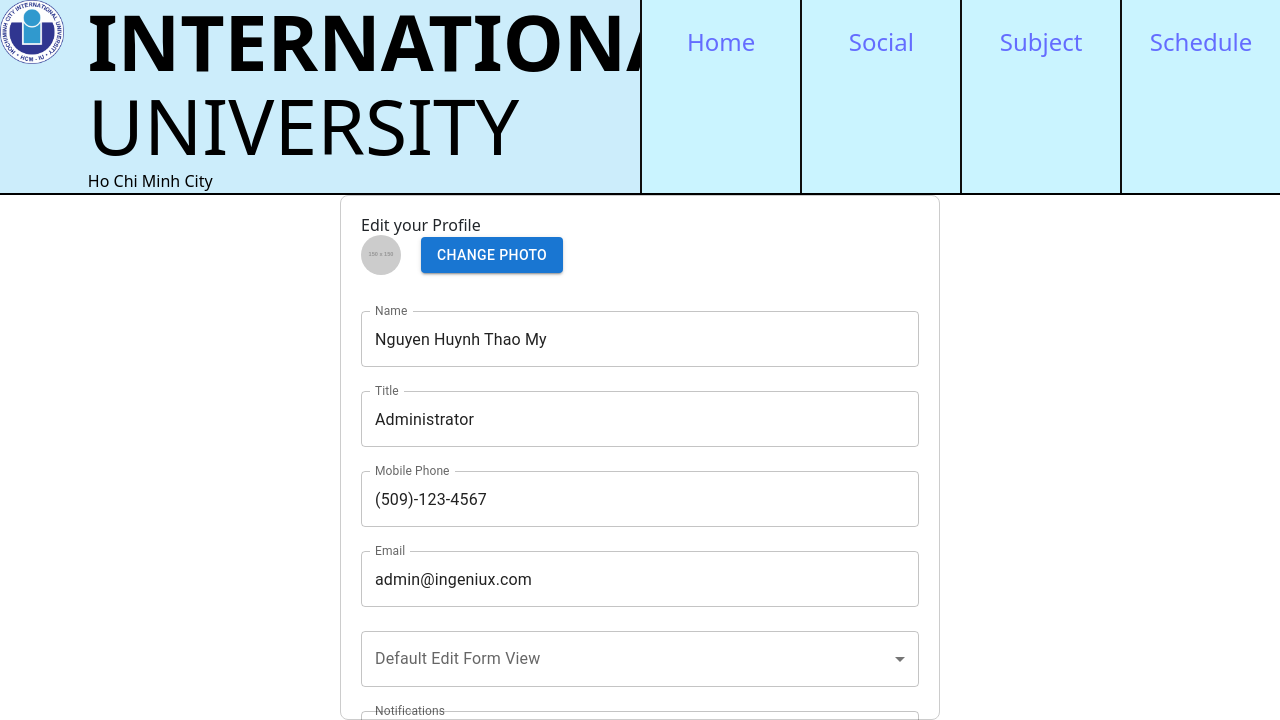
Repository: HarryZ2k3/Cirriculum_manager_SEProj
Page: /edit (app in frontend/)
These files come from the project's save history. The page is drawn as it stood at one moment and after a run of saves; the edit follows.
The browser window is 1280 px wide. The pictures show the whole page.
The project was rebuilt for these pictures with package versions that can differ from the ones it lists, and the page was loaded fresh each time. Also part of the build but not shown: frontend/vite.config.js, frontend/src/utils/Transition.jsx, frontend/src/pages/NotFound.jsx, frontend/src/routes/Home/HomeComponents.jsx, frontend/src/routes/Home/Home.jsx, frontend/src/routes/LoginSign/Login.jsx, frontend/src/routes/LoginSign/Register.jsx, frontend/src/routes/Subject/Grade.jsx and 9 more.

Above is the page before, as saved 2024-06-09 22:46:22.

After the next 3 saves:
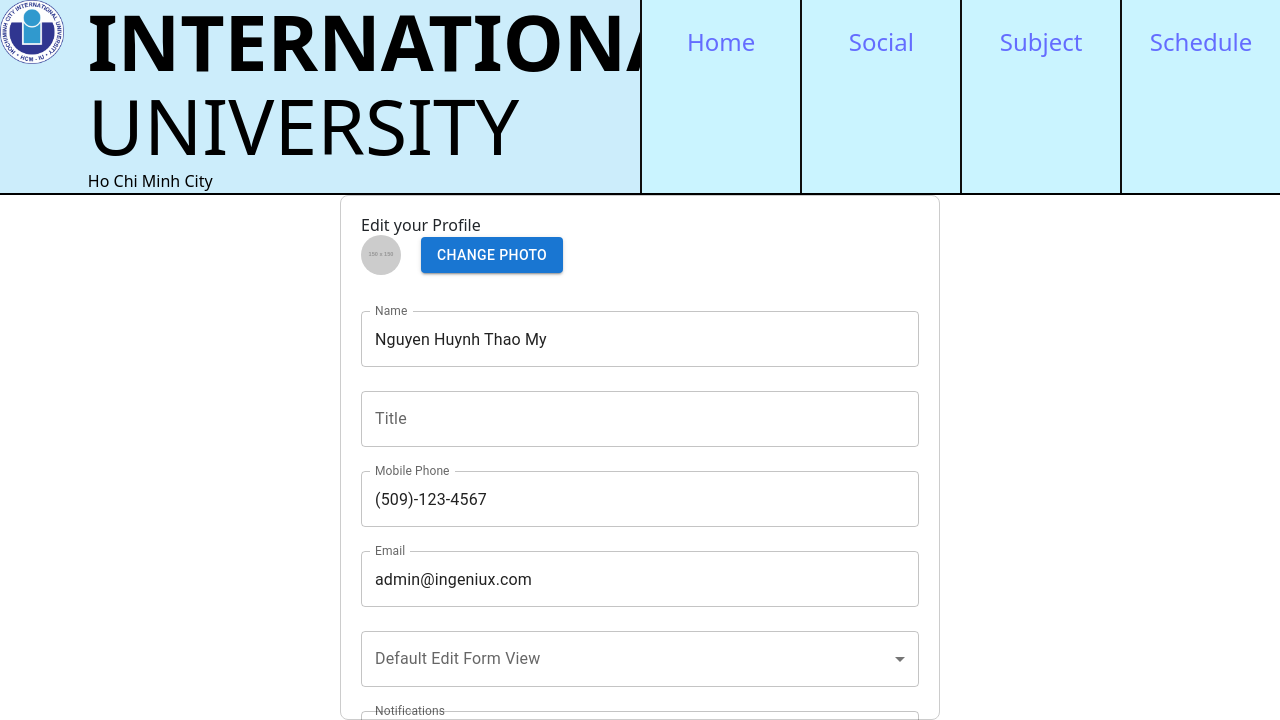
The 3 saves are shown as one change because 1 did not build or start and some came seconds apart.
The last was saved 19 s later.
--- a/frontend/src/routes/Edit/Edit.jsx
+++ b/frontend/src/routes/Edit/Edit.jsx
@@ -84,7 +84,7 @@
 const Edit = () => {
   const [profile, setProfile] = useState({
     name: 'Nguyen Huynh Thao My',
-    title: 'Administrator',
+    StudentID: 'Administrator',
     organization: 'Ingeniux',
     mobilePhone: '(509)-123-4567',
     email: 'admin@ingeniux.com',
